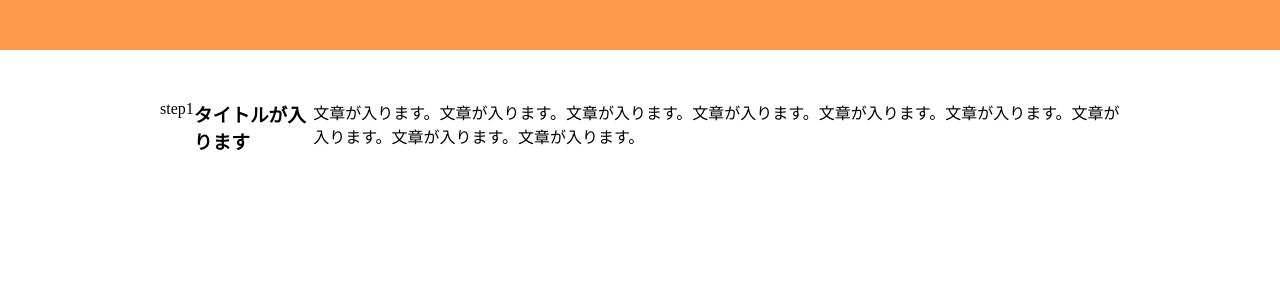
Repository: takuto27/ouyou
Page: chapter9-2_exercise/ensyu9-2.html
The author's editor kept a record of every edit. The page is drawn from the files as they stood at one moment, then again after the next edit.
The browser window is 1280 px wide. The pictures show the whole page.

Above is the page before.

After the next edit:
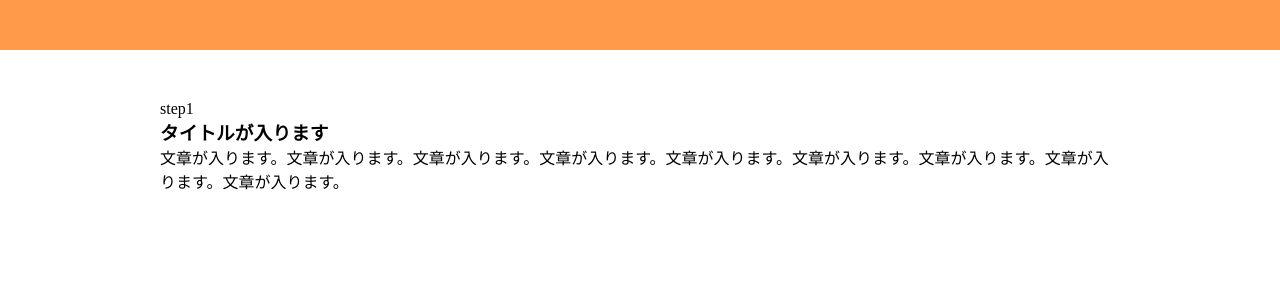
The edit:
--- a/chapter9-2_exercise/ensyu9-2.html
+++ b/chapter9-2_exercise/ensyu9-2.html
@@ -10,7 +10,7 @@
     <header></header>
 
     <main>
-      <div class="step.box"></div>
+      <div class="step.box">
         <div class="step-image1"></div>
         <span class="step-nem">step1</span>
         <h3 class="title">タイトルが入ります</h3>
